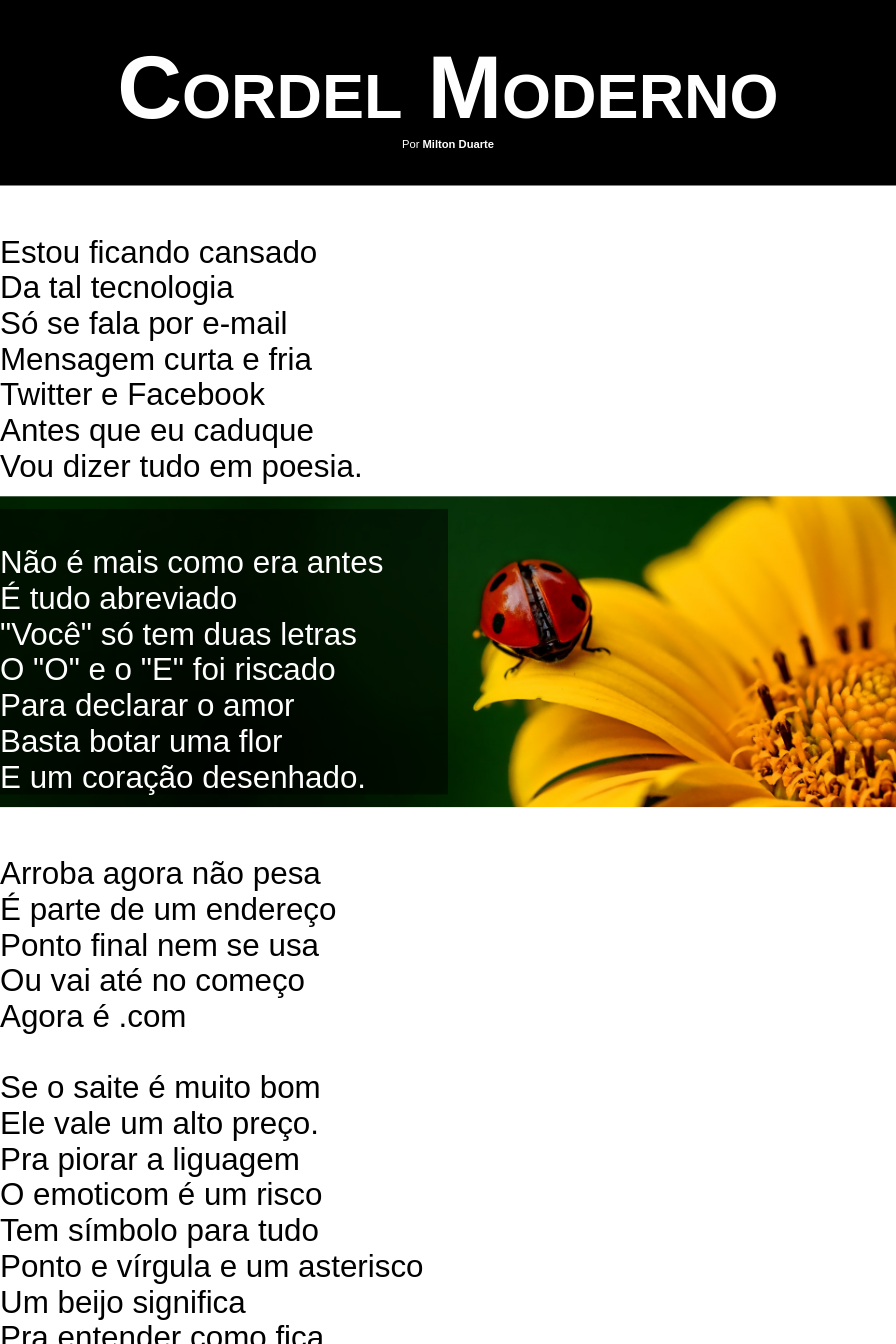
Repository: jorgprado/curso-html-css-Guanabara
Page: exec-pag-cordel/index.html
An editor plug-in stored every save of this project. The page is shown before and after the next save, followed by the edit.
The browser window is 1280 px wide. The pictures show the part of the page from y = 0 to 1920 px (the page is 3337 px tall before and 3737 px after), at 70% of full size.
Backgrounds fixed to the window are drawn as part of the page. Some web fonts or font styles are not loaded; a fallback is used.

Above is the page before, as saved 2023-05-18 16:58:21.

### exec-pag-cordel/index.html
<!DOCTYPE html>
<html lang="pt-br">
<head>
    <meta charset="UTF-8">
    <meta http-equiv="X-UA-Compatible" content="IE=edge">
    <meta name="viewport" content="width=device-width, initial-scale=1.0">
    <link rel="stylesheet" href="estilos/style.css">
    <title>Cordel Moderno</title>
</head>
<body>
    <header>
        <h1>Cordel Moderno</h1>
        <p>Por <a href="https://www.recantodasletras.com.br/poesias/3186743" target="_blank">Milton Duarte</a></p>
    </header>
    <main>
        <article>

            <div class="box">
                <p>
                    Estou ficando cansado
                    Da tal tecnologia
                    Só se fala por e-mail
                    Mensagem curta e fria
                    Twitter e Facebook
                    Antes que eu caduque
                    Vou dizer tudo em poesia.
                </p>
            </div>

            <div class="box box-img">
                <p class="bg">
                    Não é mais como era antes
                    É tudo abreviado
                    "Você" só tem duas letras
                    O "O" e o "E" foi riscado
                    Para declarar o amor
                    Basta botar uma flor
                    E um coração desenhado.
                </p>
            </div>

            <div class="box">
                <p>
                    Arroba agora não pesa
                    É parte de um endereço
                    Ponto final nem se usa
                    Ou vai até no começo
                    Agora é .com

                    Se o saite é muito bom
                    Ele vale um alto preço.
                    Pra piorar a liguagem
                    O emoticom é um risco
                    Tem símbolo para tudo
                    Ponto e vírgula e um asterisco
                    Um beijo significa
                    Pra entender como fica
                    Decifre esse rabisco.
                </p>
            </div>

            <div class="box box-img1">

                    <p class="bg">
                        Tenho saudade das cartas
                        Escritas com a própria mão
                        Mandava no mês de Junho
                        Só chegava no Verão
                        Mas matava a saudade
                        Era texto de verdade
                        Nas linhas do coração.
                    </p>

            </div>

            <div class="box">
                <p>
                    Agora, escrevo e envio
                    Chegando na mesma hora
                    Mas quando vou prosear
                    A pessoa foi embora
                    Abriu outro aplicativo
                    O mundo ficou cativo
                    Da tecnologia do agora.

                    Felizmente, pra orar
                    Não precisa de internet
                    Deus escuta todo mundo
                    Se quiser, faça esse teste
                    Dois pontos são dois joelhos
                    Seus lábios são aparelhos
                    Deixe que Deus interprete.
                </p>
            </div>
        </article>
    </main>

</body>
</html>

### exec-pag-cordel/estilos/style.css
@import url('https://fonts.googleapis.com/css2?family=Passion+One:wght@700&family=Sriracha&display=swap');

*{
    padding: 0;
    margin: 0;
    font-size: 1em;
}

a{
    text-decoration: none;
    color: white;
    font-weight: bolder;
}



header{
    color: white;
    background-color: black;
    text-align: center;

}

header h1{
    padding-top: 50px;
    color: white;
    font-family: 'Passion One', sans-serif;
    font-variant: small-caps;
    font-size: 10vw;
}


header p{
    color:white;
    font-family: sans-serif;
    padding-bottom: 50px;
}


main article .box{
    white-space: pre-line;
    padding-left: 30px 0px 50px 30px;

}

main article .box p{
    font-family: 'Sriracha', sans-serif;
    font-size: 3.5vw;

}

main article .box-img{
    background-image: url(../imagens/background001.jpg);
    background-attachment: fixed;
    background-position: center right;
    background-size: cover;
}

main article .box-img1{
    background-image: url(../imagens/background002.jpg);
    background-attachment: fixed;
    background-position: center right;
    background-size: cover;
}

main article .bg{
    background-color:rgba(0, 0, 0, .5);
    color: white;
    width: 50vw;
}

After the next save:
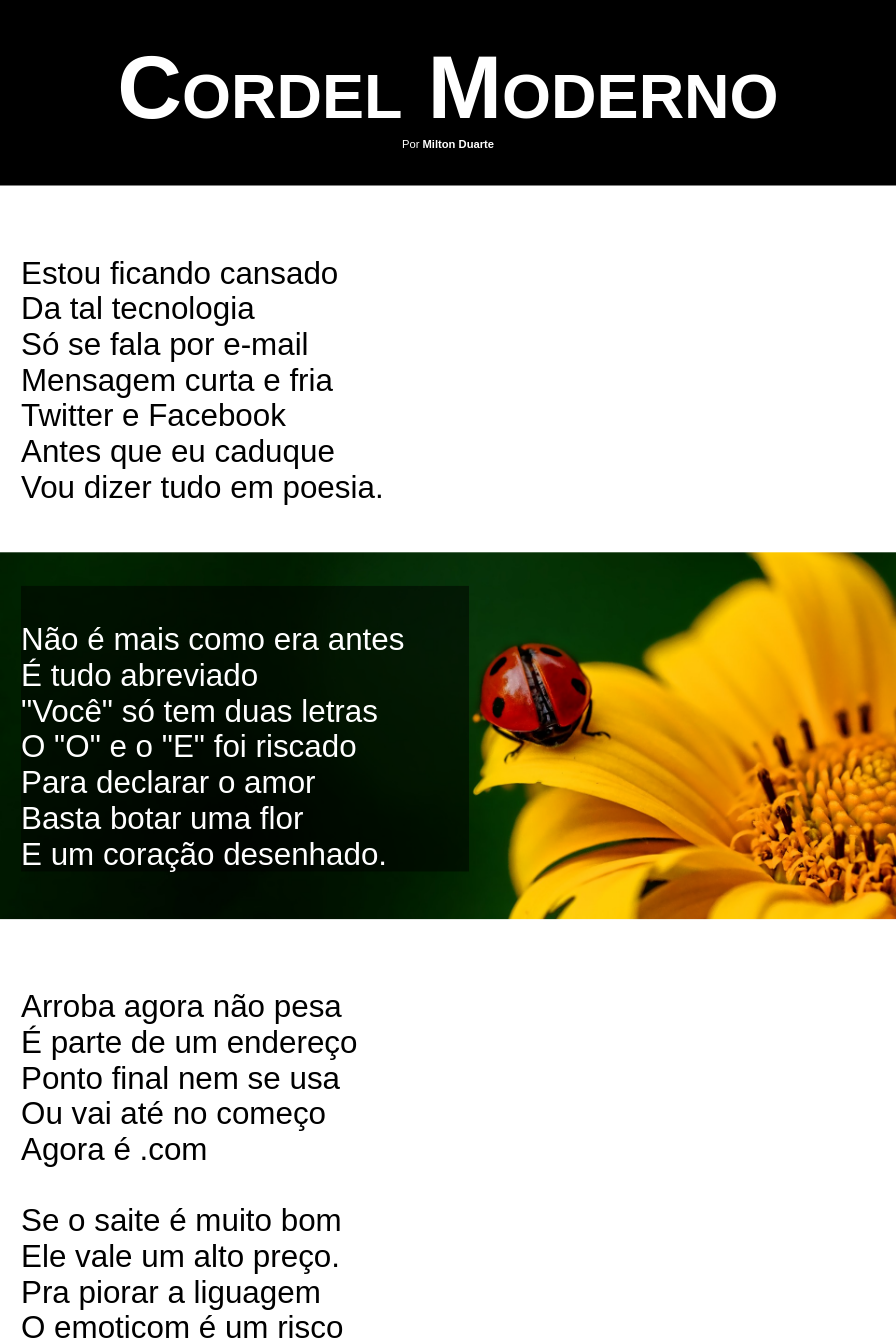
Saved 8 s later.
--- a/exec-pag-cordel/estilos/style.css
+++ b/exec-pag-cordel/estilos/style.css
@@ -39,7 +39,7 @@ header p{
 
 main article .box{
     white-space: pre-line;
-    padding-left: 30px 0px 50px 30px;
+    padding: 30px 0px 50px 30px;
 
 }
 
